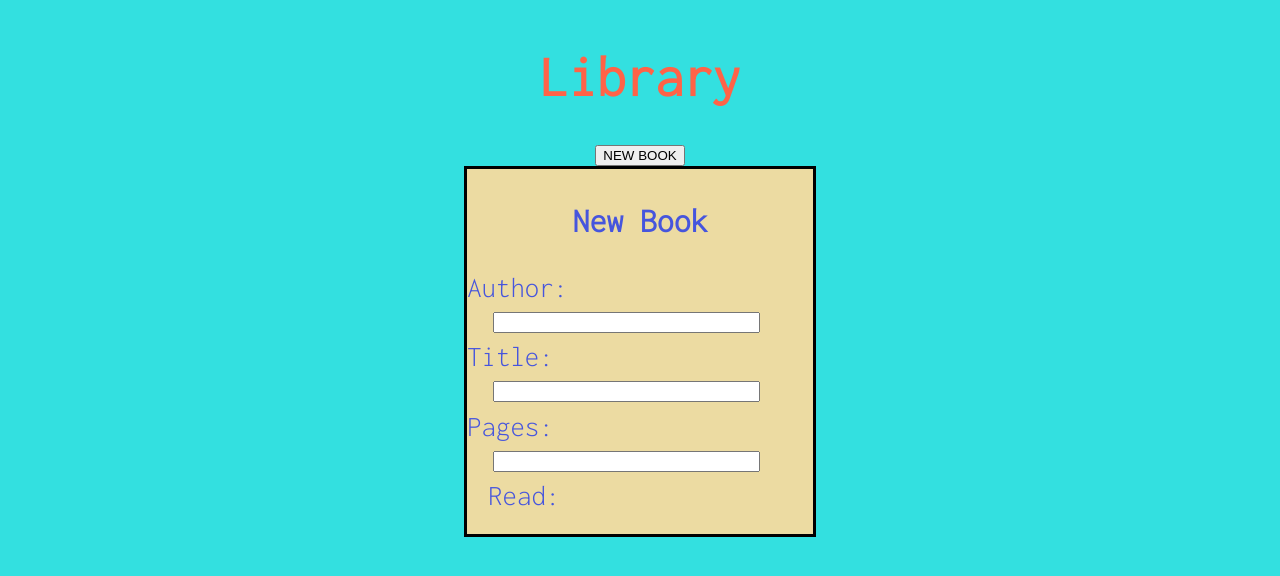
Repository: 0101chaitanya/Library
Page: index.html
These files come from the project's save history. The page is drawn as it stood at one moment and after the next save; the edit follows.
The browser window is 1280 px wide. The pictures show the whole page.

Above is the page before, as saved 2021-06-02 14:52:19.

After the next save:
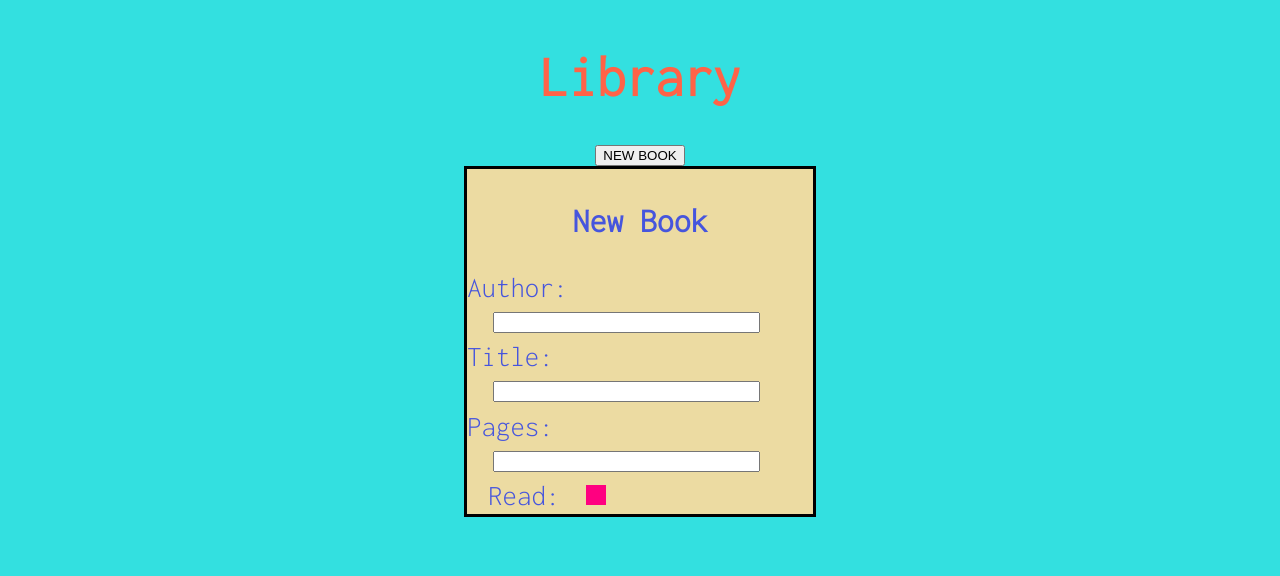
Saved 2 min 43 s later.
--- a/styles.css
+++ b/styles.css
@@ -61,7 +61,7 @@
       right: 3.9rem;
   }
 
-  #readInput ::after {
+  #readInput::after {
       content: "";
       position: relative;
       display: inline-block;
